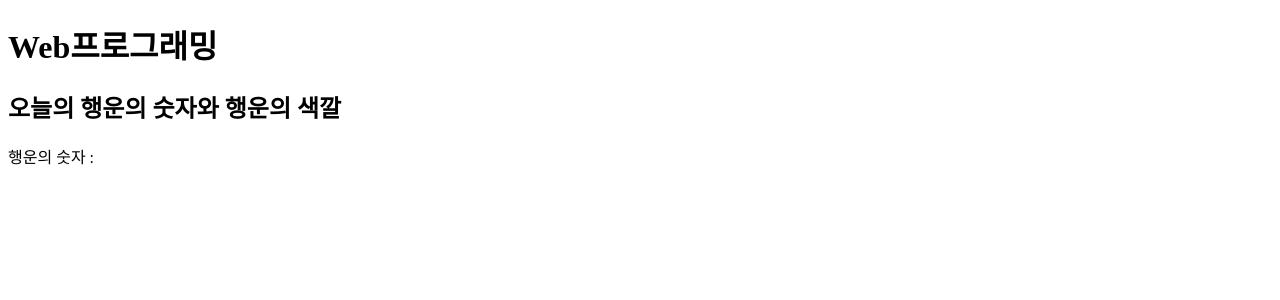
Repository: mickey530/jsp_practice
Page: http://localhost/JSPBasic/JspTag/TagQ01.jsp
An editor plug-in stored every save of this project. The page is shown before and after the next save, followed by the edit.
The browser window is 1280 px wide. The pictures show the whole page.
The page is served by Tomcat 9.

Above is the page before, as saved 2022-01-28 05:22:21.

After the next save:
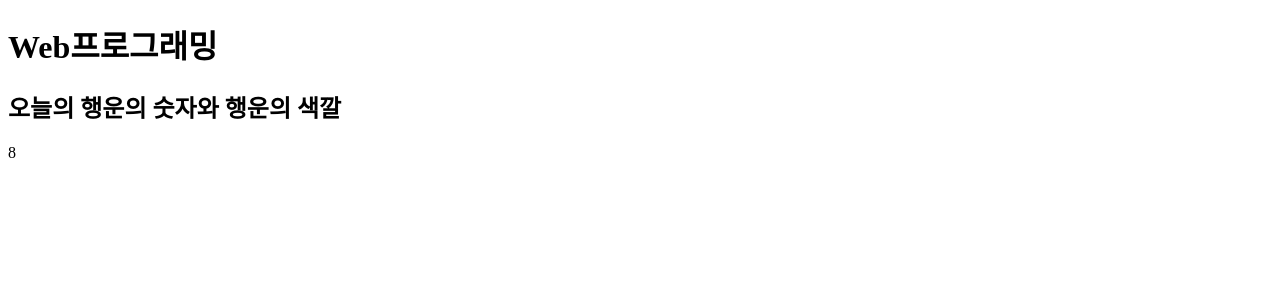
Saved 29 s later.
--- a/JSPBasic/src/main/webapp/JspTag/TagQ01.jsp
+++ b/JSPBasic/src/main/webapp/JspTag/TagQ01.jsp
@@ -22,7 +22,9 @@
 <h1>Web프로그래밍</h1>
 
 <h2>오늘의 행운의 숫자와 행운의 색깔</h2>
-행운의 숫자 : <%randomNumber(); %>
+<%
+	out.println(randomNumber());
+%>
 
 </body>
 </html>
